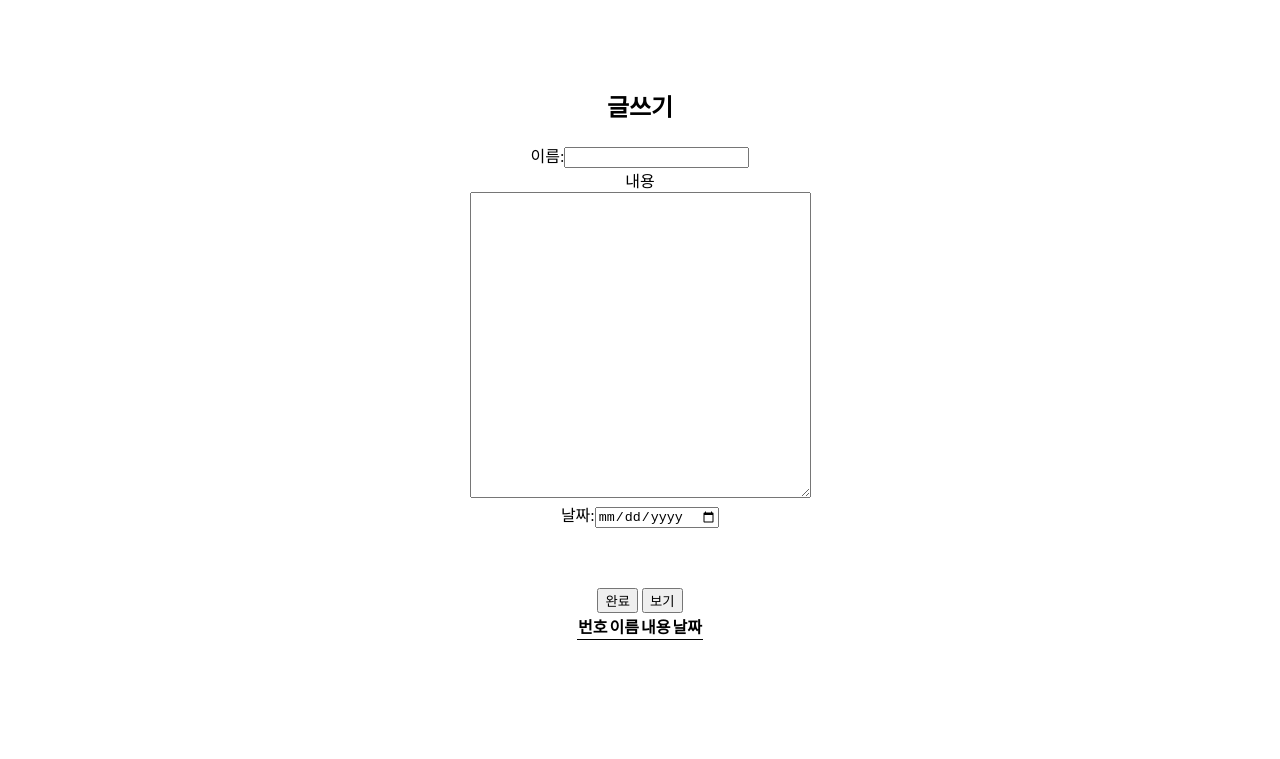
Repository: IreneCho/sk
Page: company/WebContent/TEAMPROJECT/popopen.html
These files come from the project's save history. The page is drawn as it stood at one moment and after the next save; the edit follows.
The browser window is 1280 px wide. The pictures show the whole page.
Some web libraries are served in a nearby version.

Above is the page before, as saved 2016-08-23 02:50:52.

### company/WebContent/TEAMPROJECT/popopen.html
<!DOCTYPE html>
<html>
<head>
<meta charset="EUC-KR">
<title>Insert title here</title>
	<style>
	table {
			border-collapse: collapse;

		}
	table,th,td {
		border-bottom: 1px solid black;
		text-align: center;
		}
	td {
			height: 30px;
			padding: 10px;
	}
	tr:hover {
			background-color: rgb(213,213,213);
		}
/*
			#mydiv{
  display:none
  }
 */
   body{
   width: 375;
   height: 667px;
   text-align: center;
   }


   img{
   width:10%;
   height:10%;
   }

   section{
   padding-top: 60px;
   padding-bottom: 60px;
   }

   table{

   margin-left: auto;
   margin-right: auto;
   }

  #mydiv{
   display:none;
   border-radius: 20px 20px 20px 20px;
   margin-left: auto;
   margin-right: auto;
   width:300px;
   height: 300px;
  }


	</style>

	<script src="http://code.jquery.com/jquery-3.1.0.js" integrity="sha256-slogkvB1K3VOkzAI8QITxV3VzpOnkeNVsKvtkYLMjfk=" crossorigin="anonymous"></script>

<script>
function fn()
{
	//mynumber=numb.value;
	myname=na.value;
	mycon=con.value
	mydate=dat.value
	data = {name:myname,contents:mycon,date:mydate};
	$('#mydiv').load("board2.jsp",data,comFn)

	location.href="index.html";


}

function comFn() {
	alert("complete")
}

function fn2()
{
	  var tr = $('#mybody').empty()
	$.getJSON('board1.jsp',JFn)
}
function JFn(data) {

//	for(n in data){

		$('#mytable > tbody:last').append('<tr><td>'+n+'</td><td>' +data[n].name+ '</td><td>'+data[n].contents+'</td><td>'+data[n].date+'</td></tr>');

//	}

}
</script>
</head>
<body>
<section>
<h2>글쓰기</h2>
<div id="mydiv">표시</div>

 <span>
 이름:<input id="na" type="text"><br>
 </span>
  <span>
  내용<br>
  <textarea id="con" rows="20" cols="40"></textarea><br>
 </span>
  <span>
 날짜:<input id="dat" type="date"><br>
 </span>
  </section>


  <button onclick="fn()" href="index.html" >완료</button>
 <button onclick="fn2()" >보기</button>

  <div>
  <table id = "mytable">
      <thead><tr><th>번호</th><th>이름</th><th>내용</th><th>날짜</th></tr></thead>
      <tbody id="mybody"></tbody>
   </table>
</div>



  <section>
</body>
</html>

After the next save:
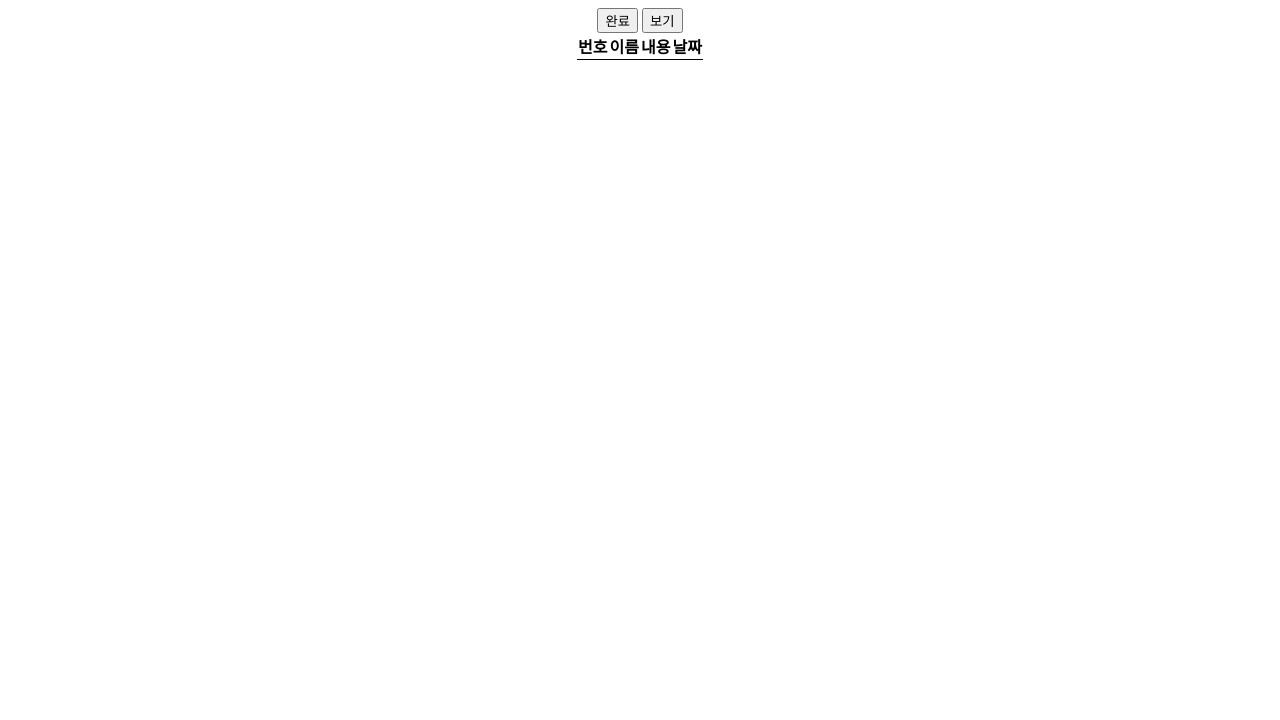
Saved 85 s later.
--- a/company/WebContent/TEAMPROJECT/popopen.html
+++ b/company/WebContent/TEAMPROJECT/popopen.html
@@ -87,17 +87,17 @@
 }
 function JFn(data) {
 
-//	for(n in data){
+	for(n in data){
 
 		$('#mytable > tbody:last').append('<tr><td>'+n+'</td><td>' +data[n].name+ '</td><td>'+data[n].contents+'</td><td>'+data[n].date+'</td></tr>');
 
-//	}
+	}
 
 }
 </script>
 </head>
 <body>
-<section>
+<!-- <section>
 <h2>글쓰기</h2>
 <div id="mydiv">표시</div>
 
@@ -113,7 +113,7 @@
  </span>
   </section>
 
-
+ -->
   <button onclick="fn()" href="index.html" >완료</button>
  <button onclick="fn2()" >보기</button>
 

After the 3 saves that followed:
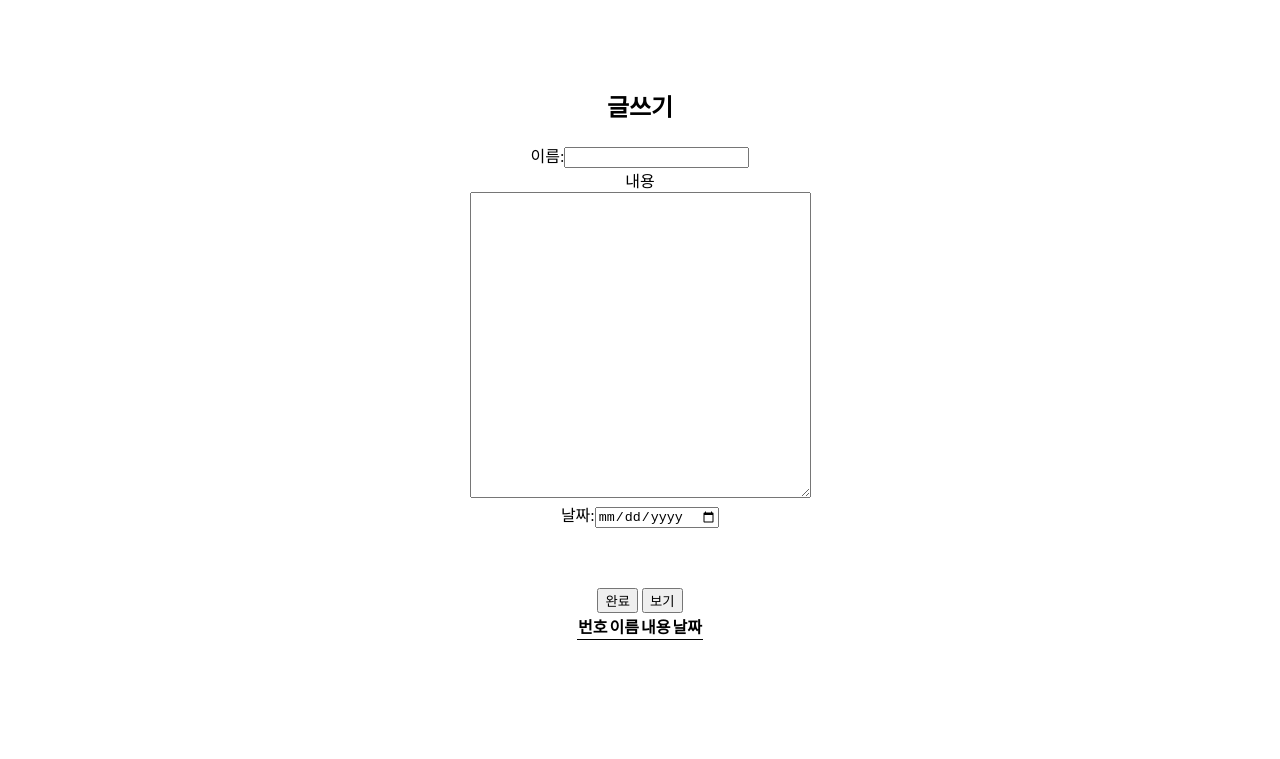
The 3 saves are shown as one change because 2 left the picture as it was.
The last was saved 4 min 53 s later.
--- a/company/WebContent/TEAMPROJECT/popopen.html
+++ b/company/WebContent/TEAMPROJECT/popopen.html
@@ -89,7 +89,7 @@
 
 	for(n in data){
 
-		$('#mytable > tbody:last').append('<tr><td>'+n+'</td><td>' +data[n].name+ '</td><td>'+data[n].contents+'</td><td>'+data[n].date+'</td></tr>');
+		$('#mytable > tbody:last').append('<tr><td>'+n+'</td><td>' +data[1].name+ '</td><td>'+data[1].contents+'</td><td>'+data[1].date+'</td></tr>');
 
 	}
 
@@ -97,7 +97,7 @@
 </script>
 </head>
 <body>
-<!-- <section>
+<section>
 <h2>글쓰기</h2>
 <div id="mydiv">표시</div>
 
@@ -113,7 +113,7 @@
  </span>
   </section>
 
- -->
+
   <button onclick="fn()" href="index.html" >완료</button>
  <button onclick="fn2()" >보기</button>
 
